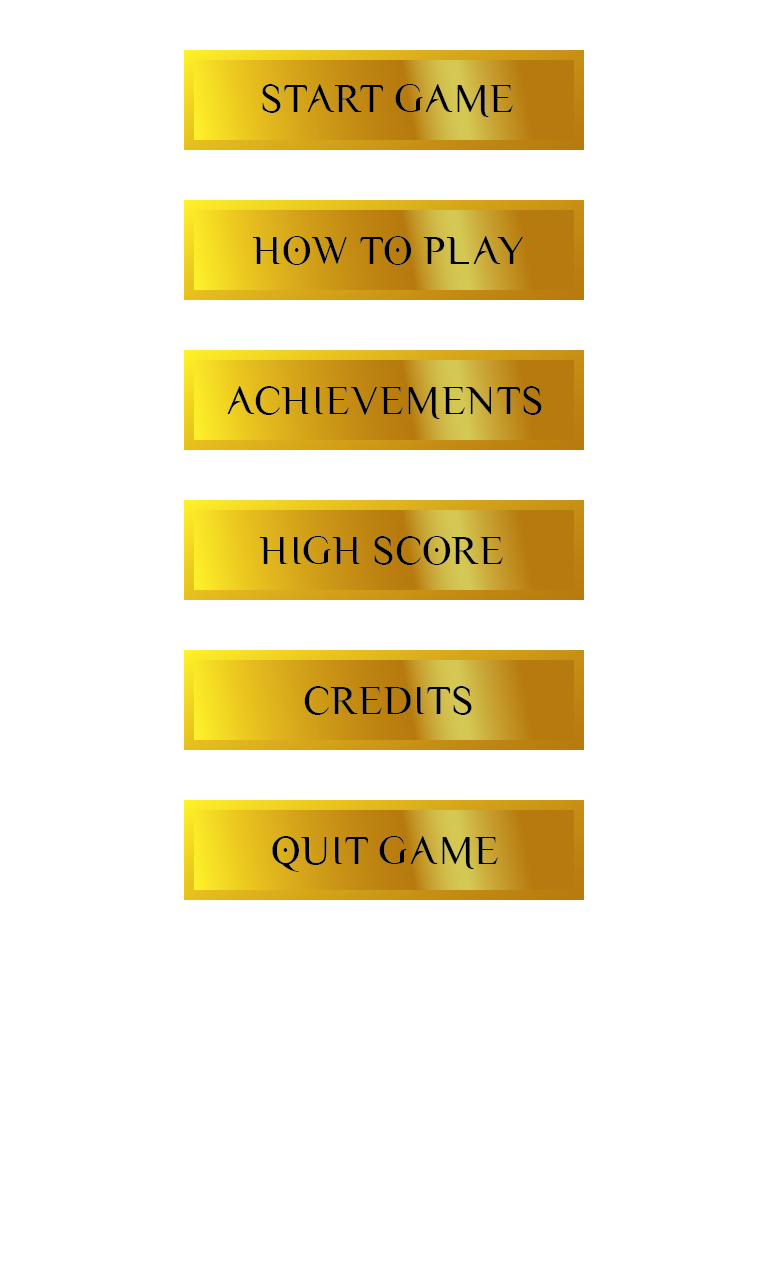
Repository: Zilter/IMT3671-Mobile-Project
Layout: GemSwapper/res/layout/activity_main.xml
These files come from the project's save history. The layout is drawn as it stood at one moment and after the next save; the edit follows.
It is drawn on a 768 x 1280 px phone screen (xhdpi) without system bars, with theme AppTheme; the app's code is not run.

Above is the layout before, as saved 2012-12-04 12:19:13.

### GemSwapper/res/layout/activity_main.xml
<RelativeLayout xmlns:android="http://schemas.android.com/apk/res/android"
    xmlns:tools="http://schemas.android.com/tools"
    android:layout_width="fill_parent"
    android:layout_height="fill_parent" >

<!--     <ImageView -->
<!--         android:id="@+id/main_menu" -->
<!--         android:contentDescription="@string/imageDescription" -->
<!--         android:src="@drawable/ic_launcher.png" -->
<!--         android:layout_height="wrap_content" -->
<!--         android:layout_width="wrap_content" -->
<!--         android:layout_alignParentRight="true" -->
<!--         android:layout_centerVertical="true" -->
<!--         android:layout_marginRight="25dp"  -->
<!--     /> -->

    <LinearLayout
        android:layout_width="fill_parent"
        android:layout_height="fill_parent"
        android:orientation="vertical" >

     	<ImageButton
     	    android:id="@+id/start_game_button"
     	    android:background="@drawable/start_game_01"
     	    android:layout_height="wrap_content"
     	    android:layout_width="wrap_content"
     	    android:layout_gravity="center"
     	    android:layout_marginTop="25dp"
     	    android:contentDescription="@string/imageDescription"
     	    />

     	<ImageButton
     	    android:id="@+id/howToPlay_button"
     	    android:background="@drawable/how_to_play_01"
     	    android:layout_height="wrap_content"
     	    android:layout_width="wrap_content"
     	    android:layout_gravity="center"
     	    android:layout_marginTop="25dp"
     	    android:contentDescription="@string/imageDescription"
     	    />

     	<ImageButton
     	    android:id="@+id/achievements_button"
     	    android:background="@drawable/achievements_01"
     	    android:layout_height="wrap_content"
     	    android:layout_width="wrap_content"
     	    android:layout_gravity="center"
     	    android:layout_marginTop="25dp"
     	    android:contentDescription="@string/imageDescription"
     	    />

     	<ImageButton
     	    android:id="@+id/high_score_button"
     	    android:background="@drawable/high_score_01"
     	    android:layout_height="wrap_content"
     	    android:layout_width="wrap_content"
     	    android:layout_gravity="center"
     	    android:layout_marginTop="25dp"
     	    android:contentDescription="@string/imageDescription"
     	    />

     	<ImageButton
     	    android:id="@+id/credits_button"
     	    android:background="@drawable/credits_01"
     	    android:layout_height="wrap_content"
     	    android:layout_width="wrap_content"
     	    android:layout_gravity="center"
     	    android:layout_marginTop="25dp"
     	    android:contentDescription="@string/imageDescription"
     	    />

     	<ImageButton
     	    android:id="@+id/quit_game_button"
     	    android:background="@drawable/quit_game_01"
     	    android:layout_height="wrap_content"
     	    android:layout_width="wrap_content"
     	    android:layout_gravity="center"
     	    android:layout_marginTop="25dp"
     	    android:contentDescription="@string/imageDescription"
     	    />


    </LinearLayout>

</RelativeLayout>

### GemSwapper/res/values/strings.xml
<?xml version="1.0" encoding="utf-8"?>
<resources>

    <string name="app_name">GemSwapper</string>
    <string name="menu_settings">Settings</string>

    <!-- activities -->
    <string name="title_activity_main">MainActivity</string>
    <string name="title_activity_highscore">HighscoreActivity</string>
    <string name="title_activity_credits">CreditsActivity</string>

    <!-- Main Menu & Menu Buttons -->
    <string name="start_game">Start Game</string>
    <string name="how_to_play">How to Play</string>
    <string name="achievements">Achievements</string>
    <string name="high_score">High Scores</string>
    <string name="credits">Credits</string>
    <string name="quit_game">Quit Game</string>
    <string name="imageDescription">This is an image</string>

    <!-- Activity - How To Play -->
    <string name="howToPlayGame1">Tilt your phone in the direction you want to move.</string>
    <string name="howToPlayGame2">The goal of the game is to survive for as long as you can without hitting the edge of your screen.</string>
    <string name="howToImage1">Tilt</string>

    <!-- Activity - Credits -->
    <string name="creditsMain">Credits</string>
    <string name="creators">This game was created by Christian Stokkebekk, Christian Holt and
        Øyvind Nordli for an assignment in Mobile Systems Programming at Gjøvik University College (GUC)</string>

    <!-- Activity - High Score -->
    <string name="highScoreMain">High Score</string>
    <string name="name">Name:\t</string>
    <string name="highscore">Score:\t</string>
    <string name="loading">Please wait, loading data</string>
    <string name="hello_world">Hello world!</string>
    <string name="title_activity_game">Game</string>
    <string name="title_activity_achievements">Achievements</string>
    <string name="title_activity_how_to">HowToActivity</string>

</resources>

Loaded but not shown: GemSwapper/res/values-v11/styles.xml (common file); GemSwapper/res/values-v14/styles.xml (common file); GemSwapper/res/values/styles.xml (common file)

After the next save:
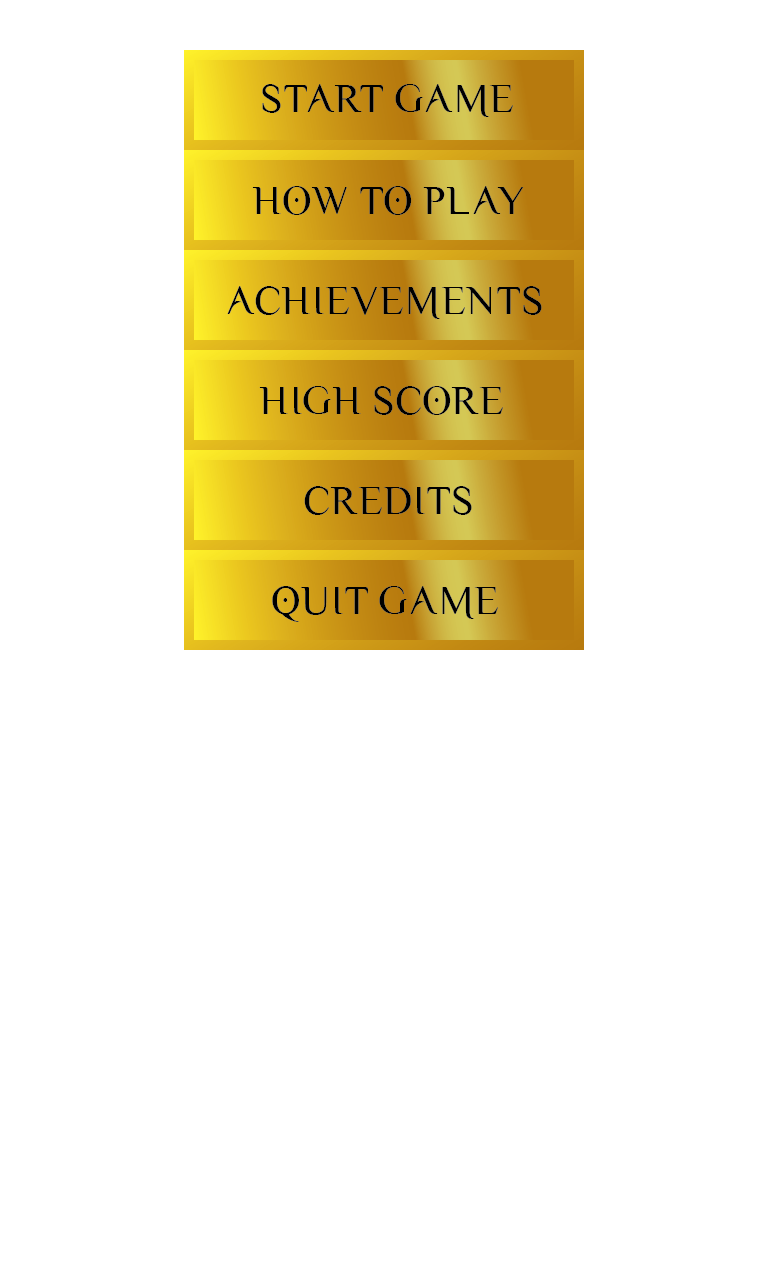
Saved 3 min 13 s later.
--- a/GemSwapper/res/layout/activity_main.xml
+++ b/GemSwapper/res/layout/activity_main.xml
@@ -35,7 +35,6 @@
      	    android:layout_height="wrap_content"
      	    android:layout_width="wrap_content"
      	    android:layout_gravity="center"
-     	    android:layout_marginTop="25dp"
      	    android:contentDescription="@string/imageDescription"
      	    />
 
@@ -45,7 +44,6 @@
      	    android:layout_height="wrap_content"
      	    android:layout_width="wrap_content"
      	    android:layout_gravity="center"
-     	    android:layout_marginTop="25dp"
      	    android:contentDescription="@string/imageDescription"
      	    />
 
@@ -55,7 +53,6 @@
      	    android:layout_height="wrap_content"
      	    android:layout_width="wrap_content"
      	    android:layout_gravity="center"
-     	    android:layout_marginTop="25dp"
      	    android:contentDescription="@string/imageDescription"
      	    />
 
@@ -65,7 +62,6 @@
      	    android:layout_height="wrap_content"
      	    android:layout_width="wrap_content"
      	    android:layout_gravity="center"
-     	    android:layout_marginTop="25dp"
      	    android:contentDescription="@string/imageDescription"
      	    />
 
@@ -75,7 +71,6 @@
      	    android:layout_height="wrap_content"
      	    android:layout_width="wrap_content"
      	    android:layout_gravity="center"
-     	    android:layout_marginTop="25dp"
      	    android:contentDescription="@string/imageDescription"
      	    />
 
